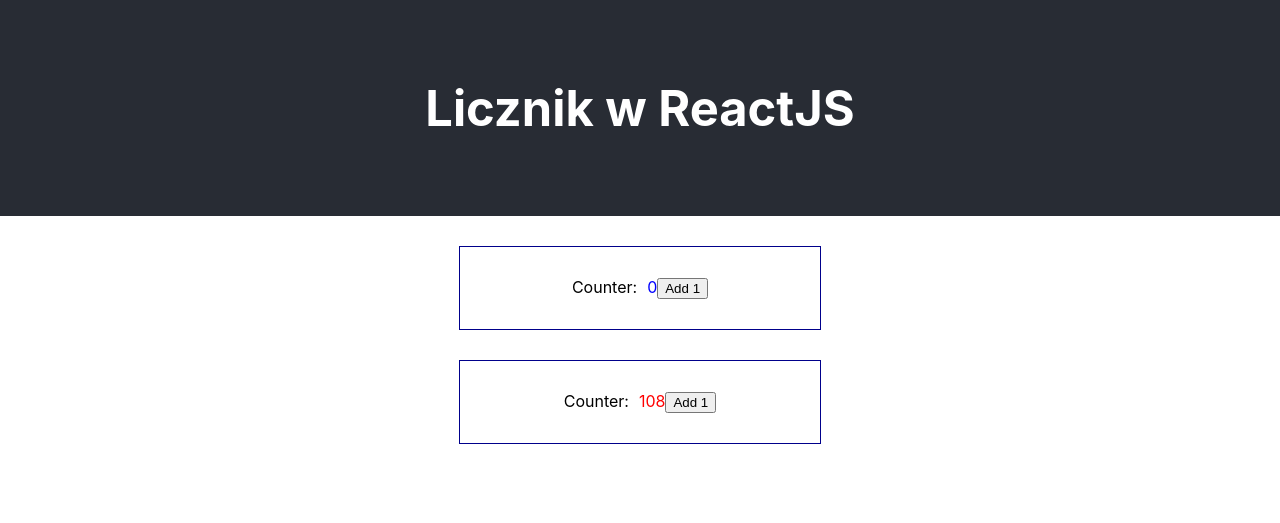
Repository: magdaf41/react-counter-app
Page: /
The author's editor kept a copy of each file at every save. The page is drawn from the files as they stood at one save, then again after the next save.
The browser window is 1280 px wide. The pictures show the whole page.
The project was rebuilt for these pictures with package versions that can differ from the ones it lists, and the page was loaded fresh each time. Also part of the build but not shown: src/ButtonsPanel.css.

Above is the page before, as saved 2020-10-04 18:46:52.

After the next save:
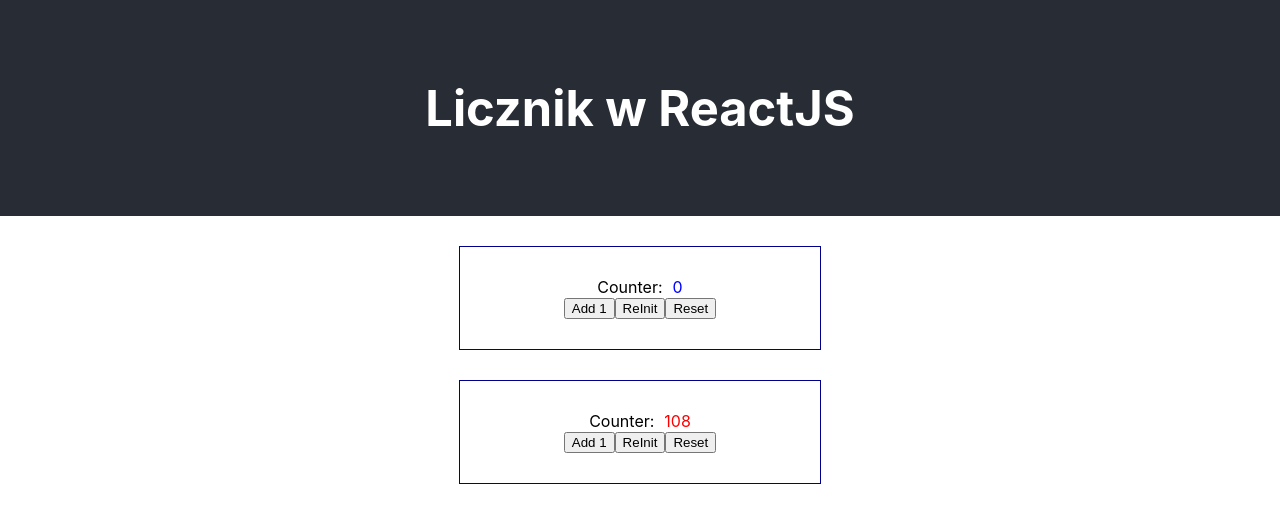
Saved 33 s later.
--- a/src/Counter.js
+++ b/src/Counter.js
@@ -29,9 +29,7 @@
             <div className="counter">
                 Counter:
                 <Display displayValue = {this.state.counterValue} />
-                <button onClick={this.changeValue}>
-                    Add 1
-                </button>
+                <ButtonsPanel />
             </div>
         );
     }
